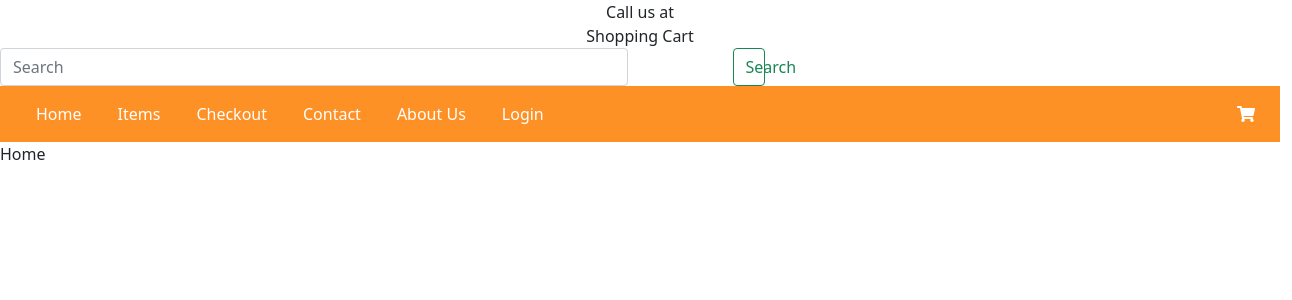
Repository: SaudCh/React-Ecommerce
Page: /
The author's editor kept a copy of each file at every save. The page is drawn from the files as they stood at one save, then again after the next save.
The browser window is 1280 px wide. The page is 1292 px wide, so the pictures cover 1292 px, including what lies to the right of the window. The pictures show the whole page.
The project was rebuilt for these pictures with package versions that can differ from the ones it lists, and the page was loaded fresh each time. Also part of the build but not shown: src/App.css.

Above is the page before, as saved 2021-12-05 12:36:39.

After the next save:
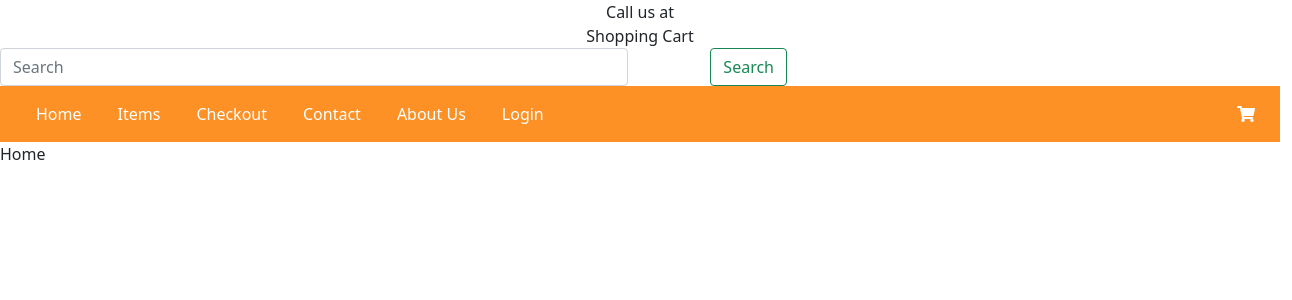
Saved 6 s later.
--- a/src/Header/Header.jsx
+++ b/src/Header/Header.jsx
@@ -27,7 +27,7 @@ export default function Header() {
               </div>
               <div className="col-2">
                 <button
-                  class="btn col-2 btn-outline-success my-2 my-sm-0"
+                  class="btn btn-outline-success my-2 my-sm-0"
                   type="submit"
                 >
                   Search
